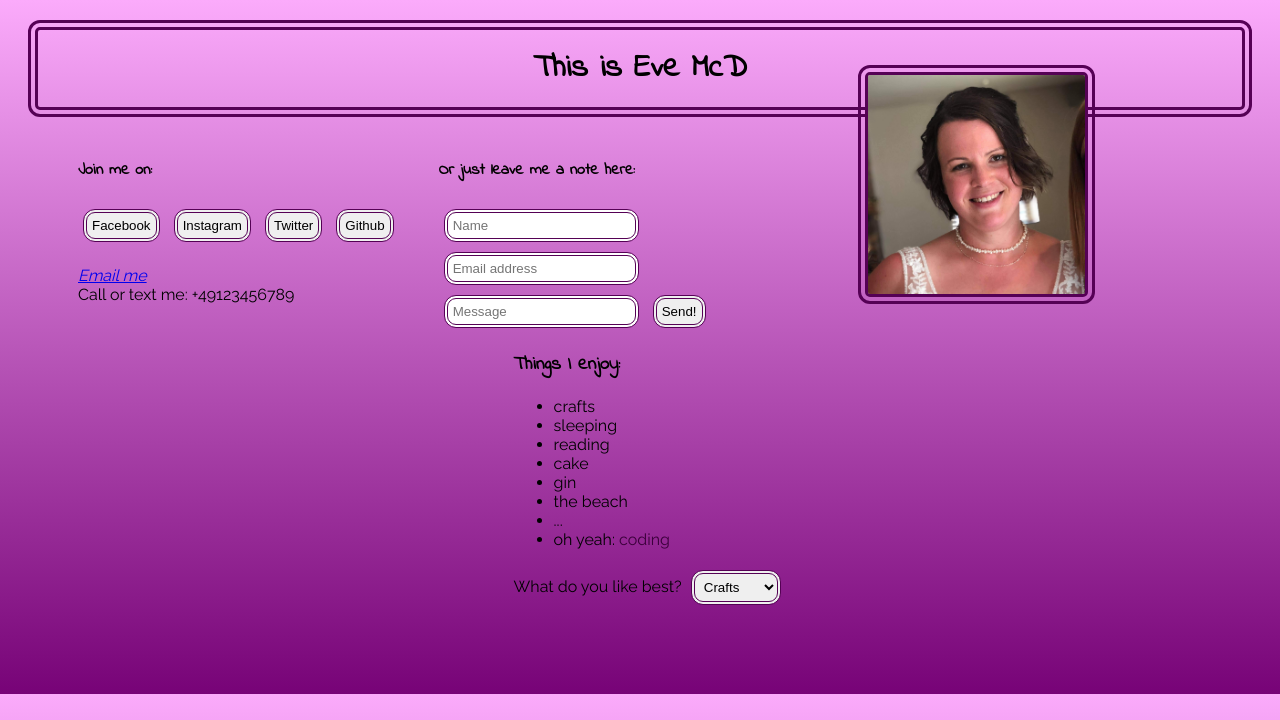
Repository: evemcd/Strive-Ignite-W1
Page: index.html
The author's editor kept a copy of each file at every save. The page is drawn from the files as they stood at one save, then again after the next save.
The browser window is 1280 px wide. The pictures show the whole page.

Above is the page before, as saved 2021-01-17 22:51:54.

After the next save:
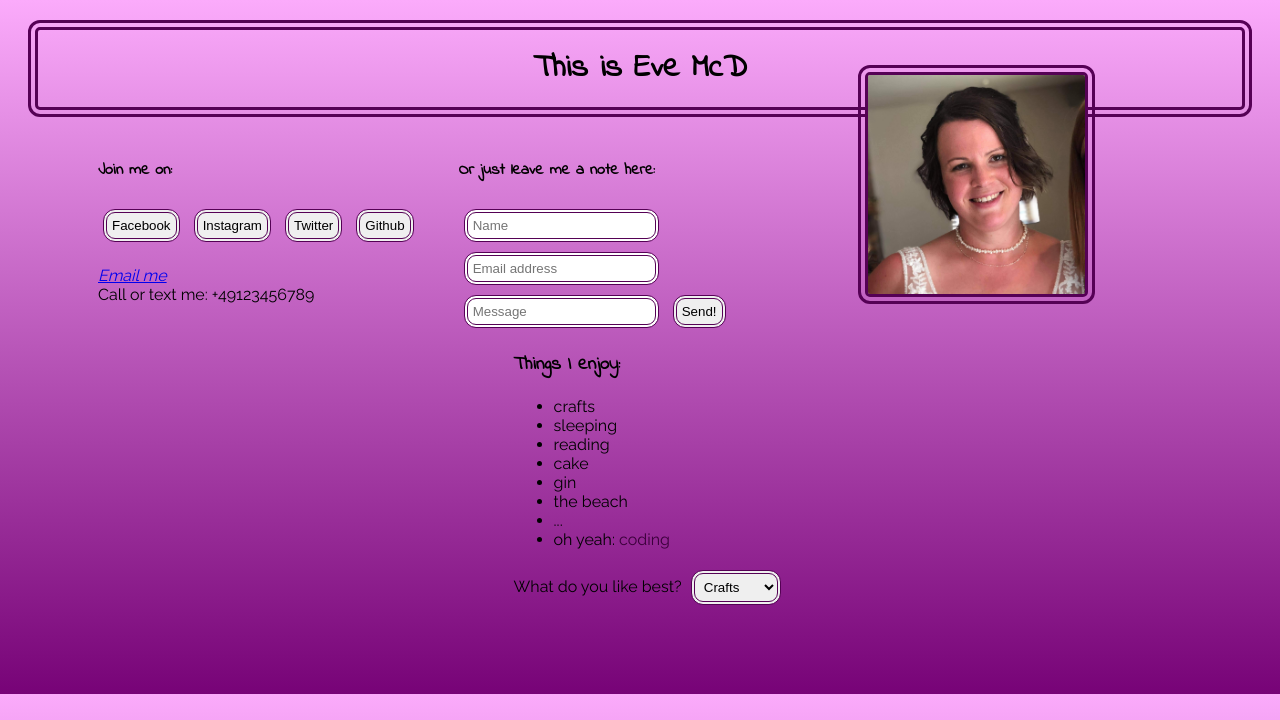
Saved 13 s later.
--- a/styles.css
+++ b/styles.css
@@ -16,7 +16,7 @@ body {
     flex-flow: column wrap;
     flex-direction: row;
     justify-content: flex-start;
-    margin-left: 50px;
+    margin-left: 70px;
 }
 
 h1 {
